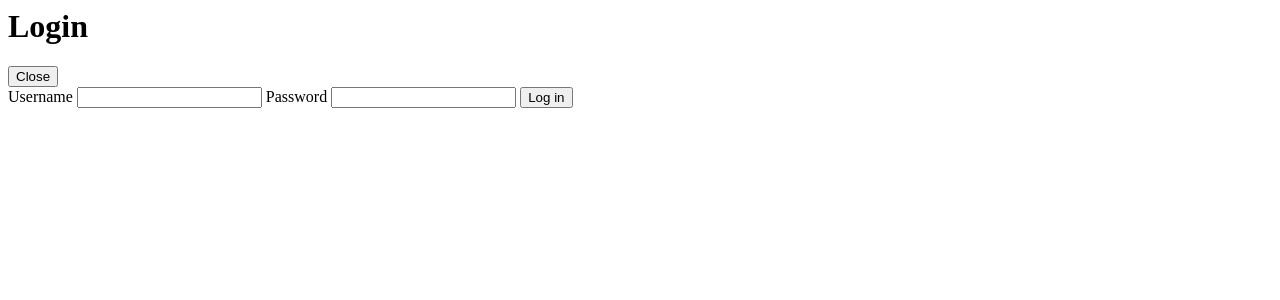
Repository: bencorywright/nitrous-test
Page: www/templates/login.html
The author's editor kept a record of every edit. The page is drawn from the files as they stood at one moment, then again after the next edit.
The browser window is 1280 px wide. The pictures show the whole page.

Above is the page before.

After the next edit:
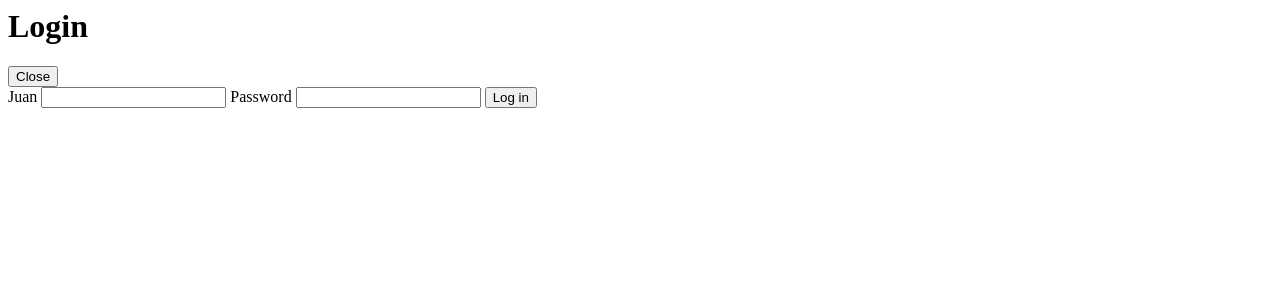
The edit:
--- a/www/templates/login.html
+++ b/www/templates/login.html
@@ -9,7 +9,7 @@
     <form ng-submit="doLogin()">
       <div class="list">
         <label class="item item-input">
-          <span class="input-label">Username</span>
+          <span class="input-label">Juan</span>
           <input type="text" ng-model="loginData.username">
         </label>
         <label class="item item-input">
